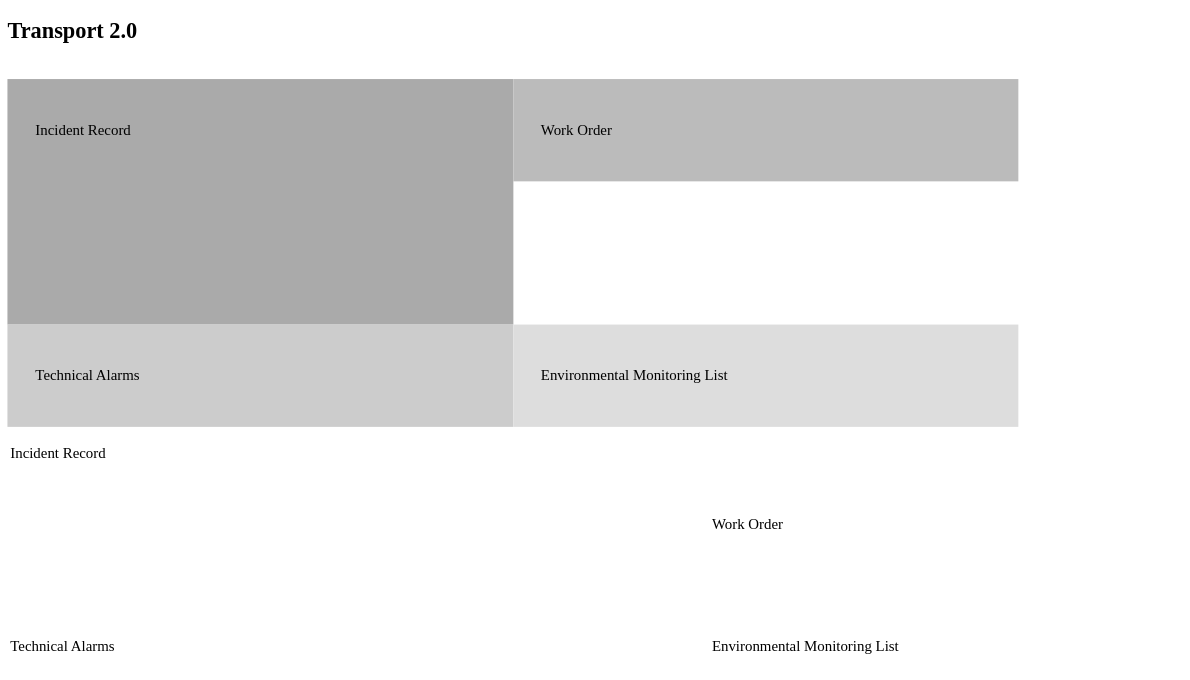
Repository: manjuladevadoss/DemoProject
Page: Eclipseworkspace/DemoPro/html/CCDisplay.html
An editor plug-in stored every save of this project. The page is shown before and after the next save, followed by the edit.
The browser window is 1280 px wide. The pictures show the whole page, at 93% of full size.

Above is the page before, as saved 2019-02-19 09:19:06.

### Eclipseworkspace/DemoPro/html/CCDisplay.html
<!DOCTYPE html>
<html>
<head>
<link rel="stylesheet" href="https://cdnjs.cloudflare.com/ajax/libs/font-awesome/4.7.0/css/font-awesome.min.css">
<style>
* {
  box-sizing: border-box;
}

/* Create two equal columns that floats next to each other */
.column {
  float: left;
  width: 43%;
  padding: 30px;
}

/* Clear floats after the columns */
.row:after {
  content: "";
  display: table;
  clear: both;
}
/* Style the buttons */
.btn {
  border: none;
  outline: none;
  padding: 25px 30px;
  background-color: #f1f1f1;
  cursor: pointer;
}

.btn:hover {
  background-color: #ddd;
}

.btn.active {
  background-color: #666;
  color: white;
}
</style>
</head>
<body>

<h2>Transport 2.0</h2>

<br>

<div class="row">
  <div class="column" style="background-color:#aaa;">
  <p>Incident Record</p>
  <embed type="text/html" src="C:/Users/mdevadoss/workspace/DemoPro/html/incidentDisplayTbl.html">
  </div>
  <div class="column" style="background-color:#bbb;">
  <p>Work Order</p>
  </div>
</div>

<div class="row">
  <div class="column" style="background-color:#ccc;">
    <p>Technical Alarms</p>
  </div>
  <div class="column" style="background-color:#ddd;">
    <p>Environmental Monitoring List</p>
  </div>

</div>


<table width="100%">
<tr>
	<td>
  <p>Incident Record</p>
  <embed type="text/html" src="C:/Users/mdevadoss/workspace/DemoPro/html/incidentDisplayTbl.html">
 </td>
	<td>
  <p>Work Order</p>
  </td>
</tr>
<tr>
	<td>
    <p>Technical Alarms</p>
</td>
	<td>
    <p>Environmental Monitoring List</p>
 </td>
</tr>
</table>


</body>
</html>

After the next save:
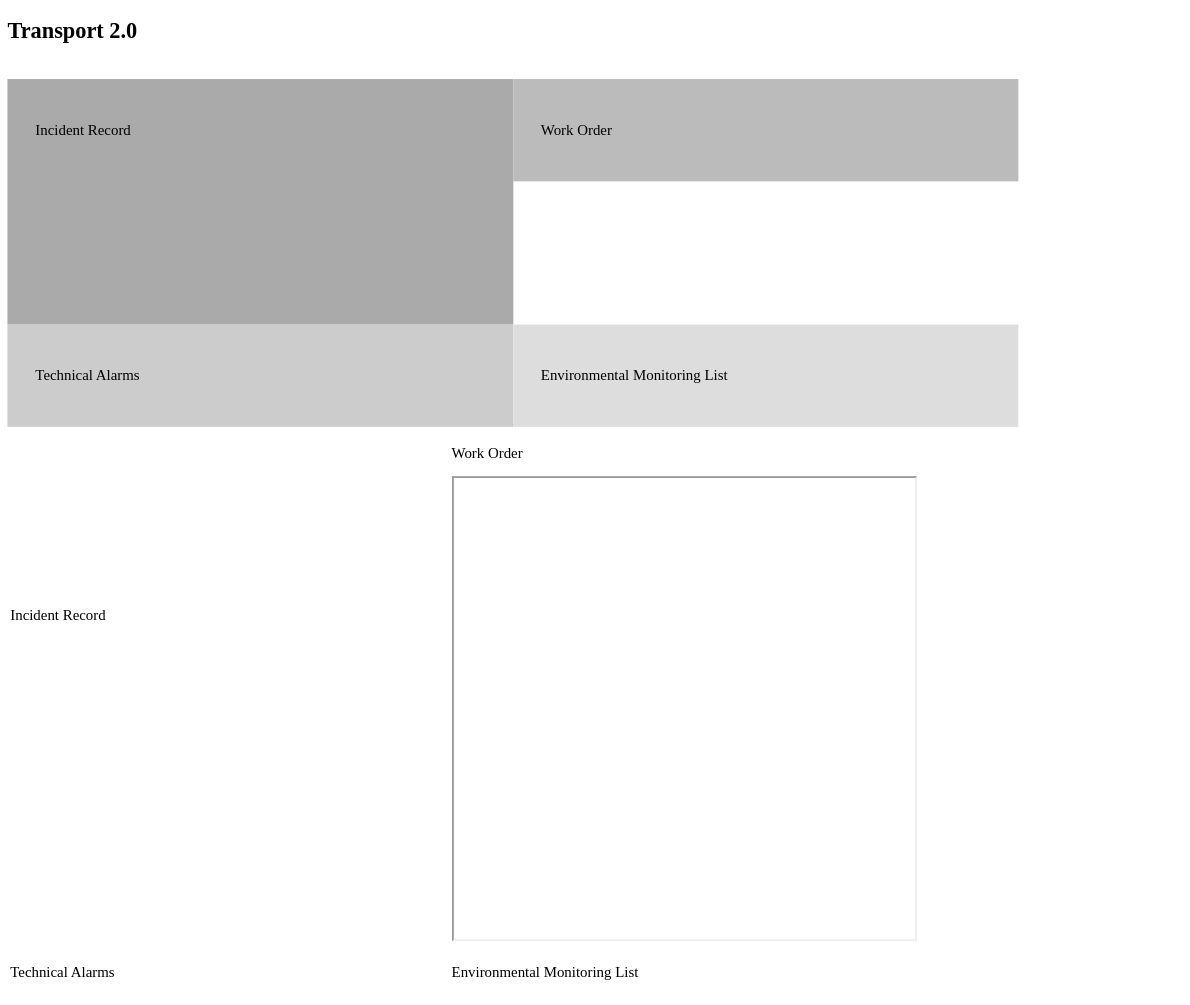
Saved 6 min 28 s later.
--- a/Eclipseworkspace/DemoPro/html/CCDisplay.html
+++ b/Eclipseworkspace/DemoPro/html/CCDisplay.html
@@ -74,6 +74,7 @@
  </td>
 	<td>
   <p>Work Order</p>
+  <iframe src="C:/Users/mdevadoss/workspace/DemoPro/html/incidentDisplayTbl.html"  width="500" height="500"></iframe>
   </td>
 </tr>
 <tr>
